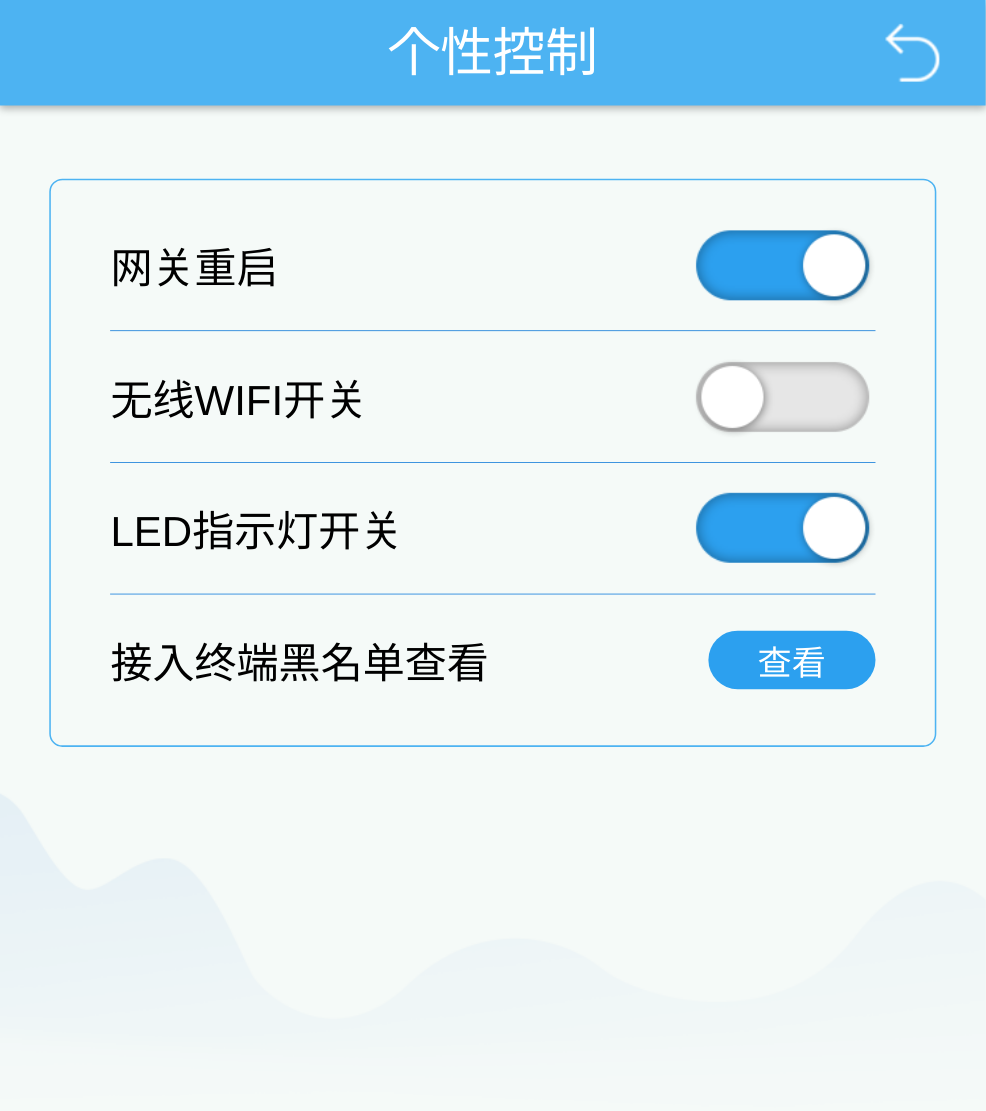
Repository: wangbiaozy/8.24
Page: index_control.html
These files come from the project's save history. The page is drawn as it stood at one moment and after the next save; the edit follows.
The browser window is 1280 px wide. The pictures show the whole page, at 77% of full size.

Above is the page before, as saved 2018-08-22 17:37:17.

After the next save:
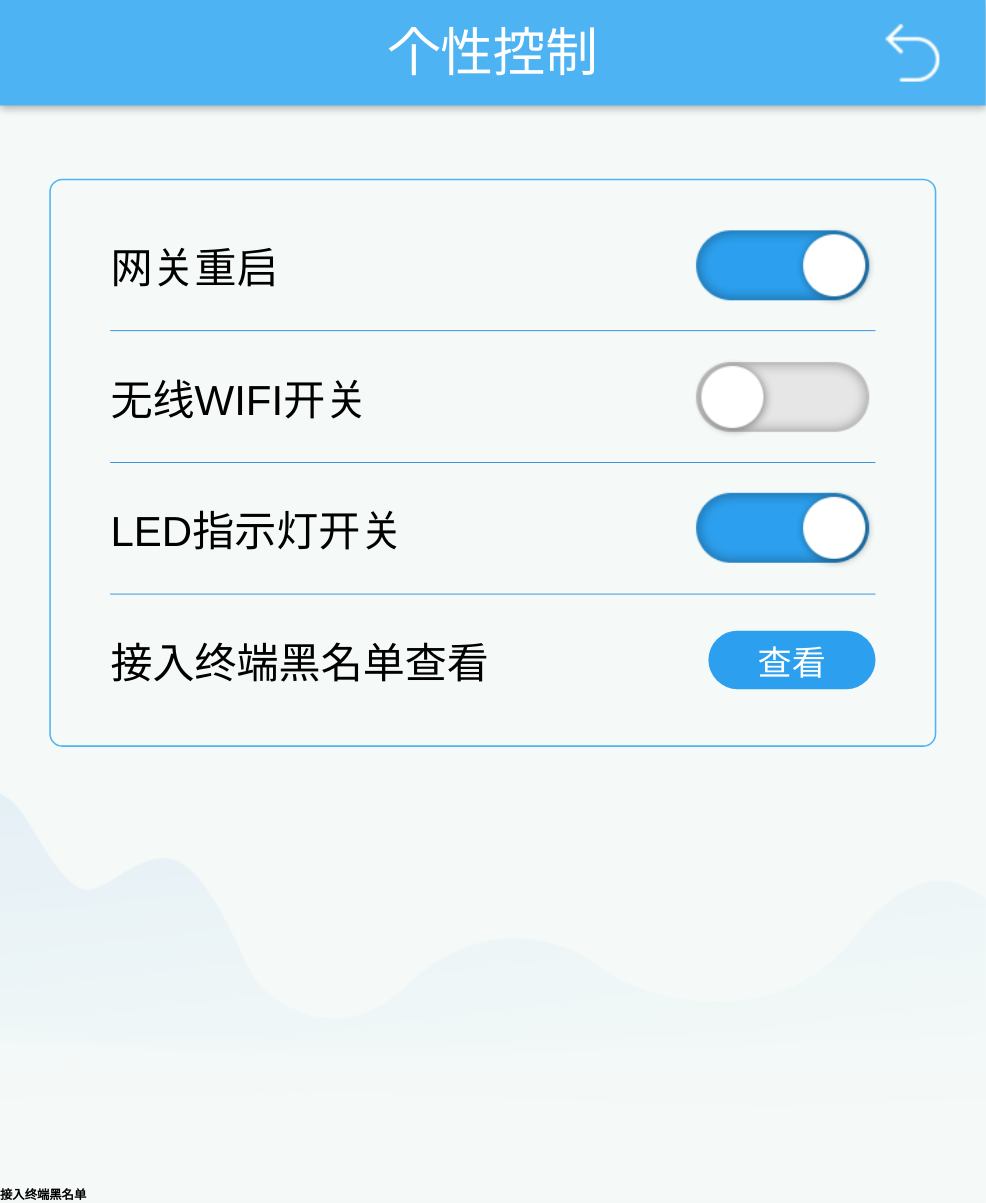
Saved 40 min 34 s later.
--- a/index_control.html
+++ b/index_control.html
@@ -37,6 +37,10 @@
         </ul>
         <div></div>
     </section>
+    <!-- 黑名单弹窗 -->
+    <section class="blacklistModel">
+        <h2><span></span>接入终端黑名单</h2>
+    </section>
 </body>
 </html>
 <script src="js/jquery-1.10.1.min.js"></script>
